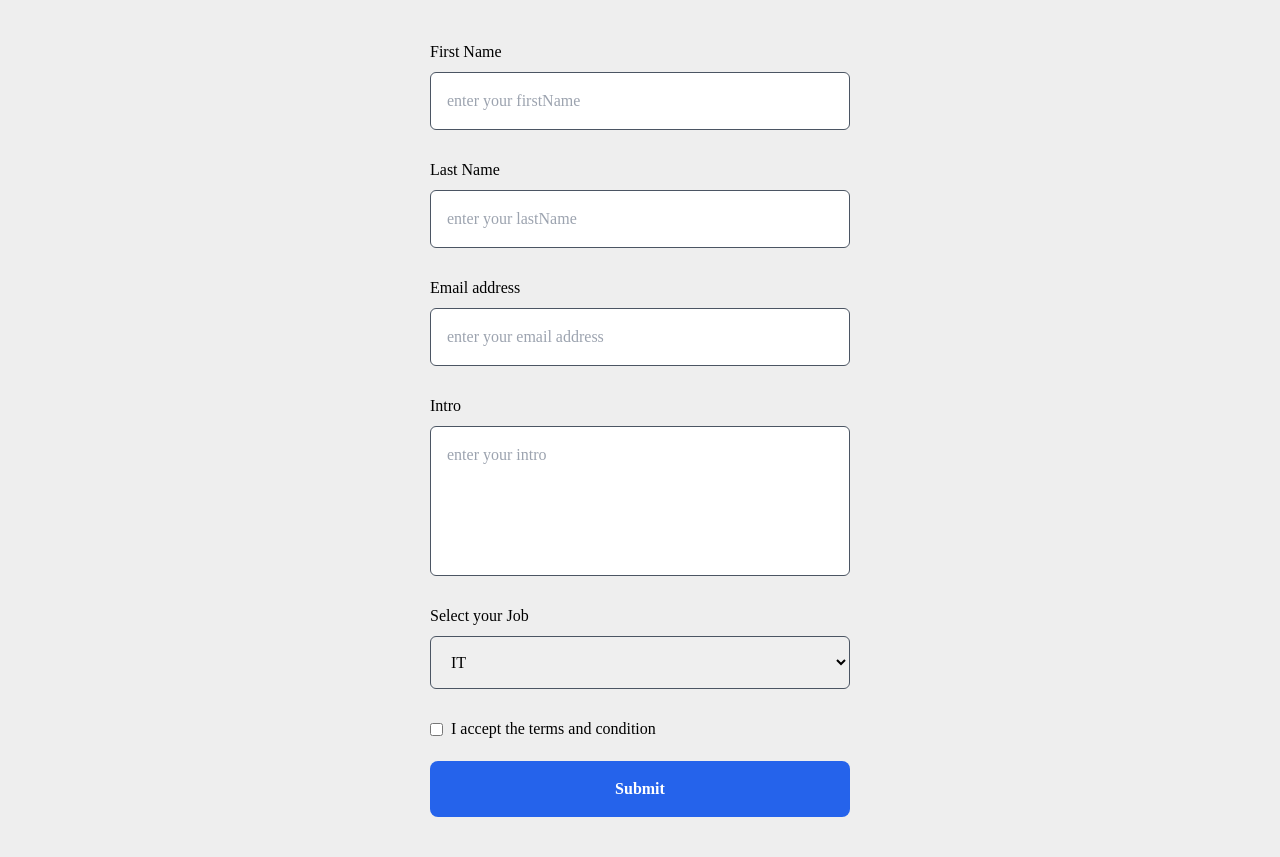
Repository: 16-Doffy/Fe-Khhoahoc
Page: /
An editor plug-in stored every save of this project. The page is shown before and after the next save, followed by the edit.
The browser window is 1280 px wide. The pictures show the whole page.
The project was rebuilt for these pictures with package versions that can differ from the ones it lists, and the page was loaded fresh each time. Also part of the build but not shown: src/App.css.

Above is the page before, as saved 2025-02-11 20:21:38.

### src/index.js
import React from 'react';
import ReactDOM from 'react-dom/client';
import './index.css';
import App from './App';
import reportWebVitals from './reportWebVitals';
import "./index.scss"
const root = ReactDOM.createRoot(document.getElementById('root'));
root.render(
  <React.StrictMode>
    <App />
  </React.StrictMode>
);

// If you want to start measuring performance in your app, pass a function
// to log results (for example: reportWebVitals(console.log))
// or send to an analytics endpoint. Learn more: https://bit.ly/CRA-vitals
reportWebVitals();

### src/App.js
import "./App.css";
import SignUpFormV2Final from "./components/Form/SignUpFormV2Final";


function App() {
  return (
    <div>
      <SignUpFormV2Final />
    </div>
  );
}

export default App;

//<CardList><Card2/>
// const theme = {
//   //wanna change color in the future come here to change
//   colors: {
//     blue: "#2979ff",
//   },
//   orange: "#ffa440",
// };
// {/* <ThemeProvider theme={theme}>
// <CardList>
// <Card2 secondary={true}></Card2>
// <Card2 secondary={false}></Card2>
// <Card2 secondary={true}></Card2>
// <Card2 secondary={false}></Card2>
// <Card2 secondary={true}></Card2>
//  </CardList>
// </ThemeProvider> */}

### src/index.scss
@tailwind base;
@tailwind components;
@tailwind utilities;

@layer base {
    @import url("https://fonts.googleapis.com/css2?family=Poppins:ital,wght@0,100;0,200;0,300;0,400;0,500;0,600;0,700;0,800;0,900;1,100;1,200;1,300;1,400;1,500;1,600;1,700;1,800;1,900&display=swap");
    body{
        font-family: "Poppins", serif;
    }
}
.skeleton {
    background-color: #eee;
    background-image: linear-gradient(110deg, #ececec, 8%,#f5f5f5, 18% , #ececec, 33%);
    border-radius: 5px;
    background-size: 200% 100%;
    animation:  1.5 shine linear infinite;
}
@keyframes shine {
    to {
        background-position-x:-200% ;
    }
}

### src/components/Form/SignUpFormV2Final.js
import React from "react";
import { Formik, Form, Field, ErrorMessage } from "formik";
import * as Yup from "yup";

const SignUpFormV2Final = () => {
  return (
    <Formik
      initialValues={{
        firstName: "",
        lastName: "",
        email: "",
        intro: "",
        job: "",
        terms: false, //check box
      }}
      validationSchema={Yup.object({
        firstName: Yup.string()
          .max(20, "Must be 20 characters or less")
          .required("Required"),
        lastName: Yup.string()
          .max(10, "Must be 10 characters or less")
          .required("Required"),
        email: Yup.string().email("example: guest@gmail.com")
          .required("Required"),
        intro: Yup.string()
          .required("Required"),
        job: Yup.string()
          .required("Required"),
        term: Yup.boolean()

      })}
      onSubmit={(values) => {
        console.log("value", values);
      }}
    >
      <Form className="p-10 w-full max-w-[500px] mx-auto">
        <div className="flex flex-col gap-2 mb-5">
          <label htmlFor="firstName">First Name</label>
          <Field
            name="firstName"
            type="text"
            placeholder="enter your firstName"
            className="p-4 rounded-md border border-gray-600"
          ></Field>
          <div className="text-sm text-red-500">
            <ErrorMessage name="firstName"></ErrorMessage>
          </div>
        </div>

        <div className="flex flex-col gap-2 mb-5">
          <label htmlFor="lastName">Last Name</label>
          <Field
            name="lastName"
            type="text"
            placeholder="enter your lastName"
            className="p-4 rounded-md border border-gray-600"
          ></Field>
          <div className="text-sm text-red-500">
            <ErrorMessage name="lastName"></ErrorMessage>
          </div>
        </div>


        <div className="flex flex-col gap-2 mb-5">
          <label htmlFor="email">Email address</label>
          <Field
            name="email"
            type="email"
            placeholder="enter your email address"
            className="p-4 rounded-md border border-gray-600"
          ></Field>
          <div className="text-sm text-red-500">
            <ErrorMessage name="email"></ErrorMessage>
          </div>
        </div>

        <div className="flex flex-col gap-2 mb-5">
          <label htmlFor="intro">Intro</label>
          <Field
            name="intro"
            placeholder="enter your intro"
            className="p-4 rounded-md border border-gray-600 h-[150px] resize-none"
            as="textarea"
          ></Field>
          <div className="text-sm text-red-500">
            <ErrorMessage name="intro"></ErrorMessage>
          </div>
        </div>

        <div className="flex flex-col gap-2 mb-5">
          <label htmlFor="job">Select your Job</label>
          <Field
            name="job"
            className="p-4 rounded-md border border-gray-600"
            as="select"
          >
            <option value="it">IT</option>
            <option value="doctor">Doctor</option>
            <option value="firehuman">Fire Human</option>
          </Field>
          <div className="text-sm text-red-500">
            <ErrorMessage name="job"></ErrorMessage>
          </div>
        </div>



        <div className="flex items-center gap-2 mb-5">
          <Field
            name="term"
            type="checkbox"
            placeholder="enter your term"
            className="p-4 rounded-md border border-gray-600"
          ></Field>
          <p>I accept the terms and condition</p>
          <div className="text-sm text-red-500">
            <ErrorMessage name="term"></ErrorMessage>
          </div>
        </div>

        <div>
          <button
            type="submit"
            className="w-full p-4 bg-blue-600 text-white font-semibold rounded-lg"
          >
            Submit
          </button>
        </div>
      </Form>
    </Formik>
  );
};
// useField => ko muon su dung nhung cai co san
const MyInput = () => {
     //label input errormessage
     return (
      <div>

      <label htmlFor=""></label>
      <input type="text"/>
      <div class="text-sm text-red-400"></div>

      </div>
     );
};
export default SignUpFormV2Final;

### tailwind.config.js
/** @type {import('tailwindcss').Config} */
module.exports = {
  mode: "jit",
  content: ["./src/**/*.{html,js}"],
  theme: {
    extend: {
      backgroundImage: {
        'radiant': `linear-gradient(0.25turn, #3f87a6, #ebf8e1, #f69d3c)`,
        'footer-texture': "url('/img/footer-texture.png')", // Sửa ở đây
        'secondary-radiant': `linear-gradient(#e66465, #9198e5)`,
      },
    },
  },
  plugins: [],
}

Loaded but not shown: public/index.html (common file); src/index.css (common file); src/reportWebVitals.js (common file)

After the next save:
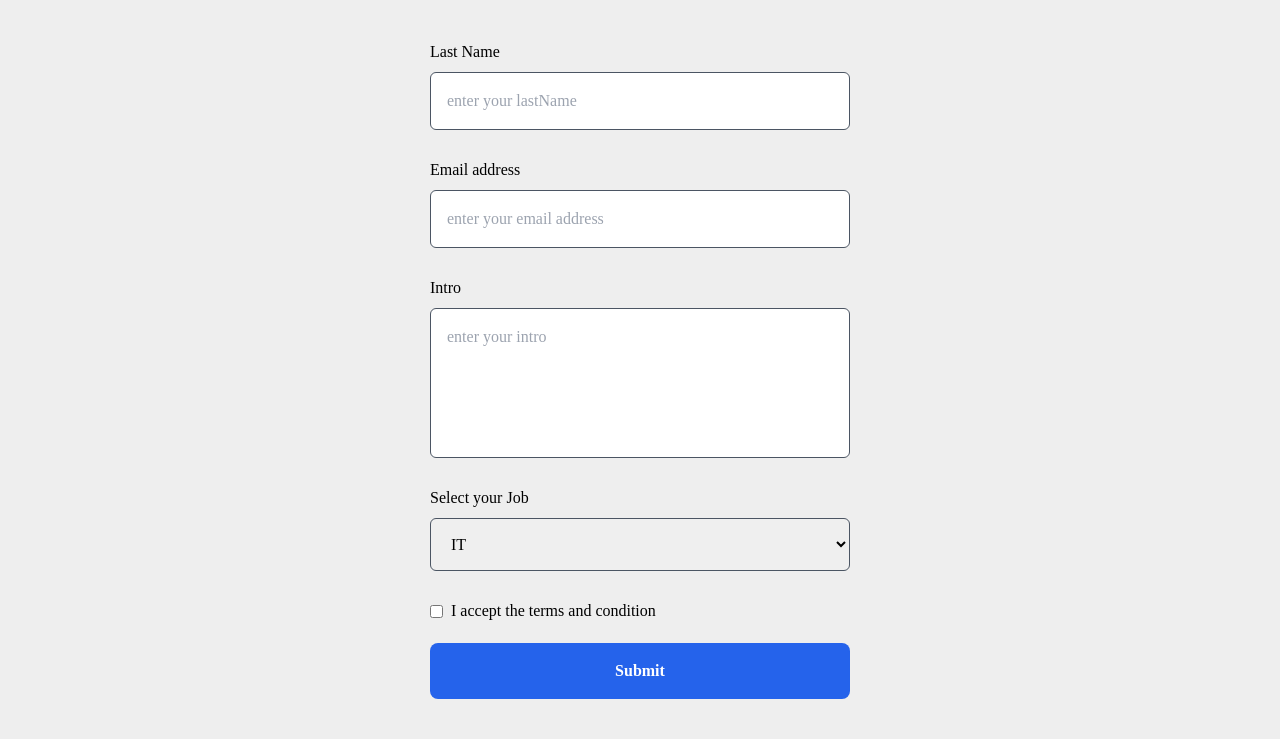
Saved 54 s later.
--- a/src/components/Form/SignUpFormV2Final.js
+++ b/src/components/Form/SignUpFormV2Final.js
@@ -34,7 +34,7 @@ const SignUpFormV2Final = () => {
       }}
     >
       <Form className="p-10 w-full max-w-[500px] mx-auto">
-        <div className="flex flex-col gap-2 mb-5">
+        {/* <div className="flex flex-col gap-2 mb-5">
           <label htmlFor="firstName">First Name</label>
           <Field
             name="firstName"
@@ -45,7 +45,7 @@ const SignUpFormV2Final = () => {
           <div className="text-sm text-red-500">
             <ErrorMessage name="firstName"></ErrorMessage>
           </div>
-        </div>
+        </div> */}
 
         <div className="flex flex-col gap-2 mb-5">
           <label htmlFor="lastName">Last Name</label>
